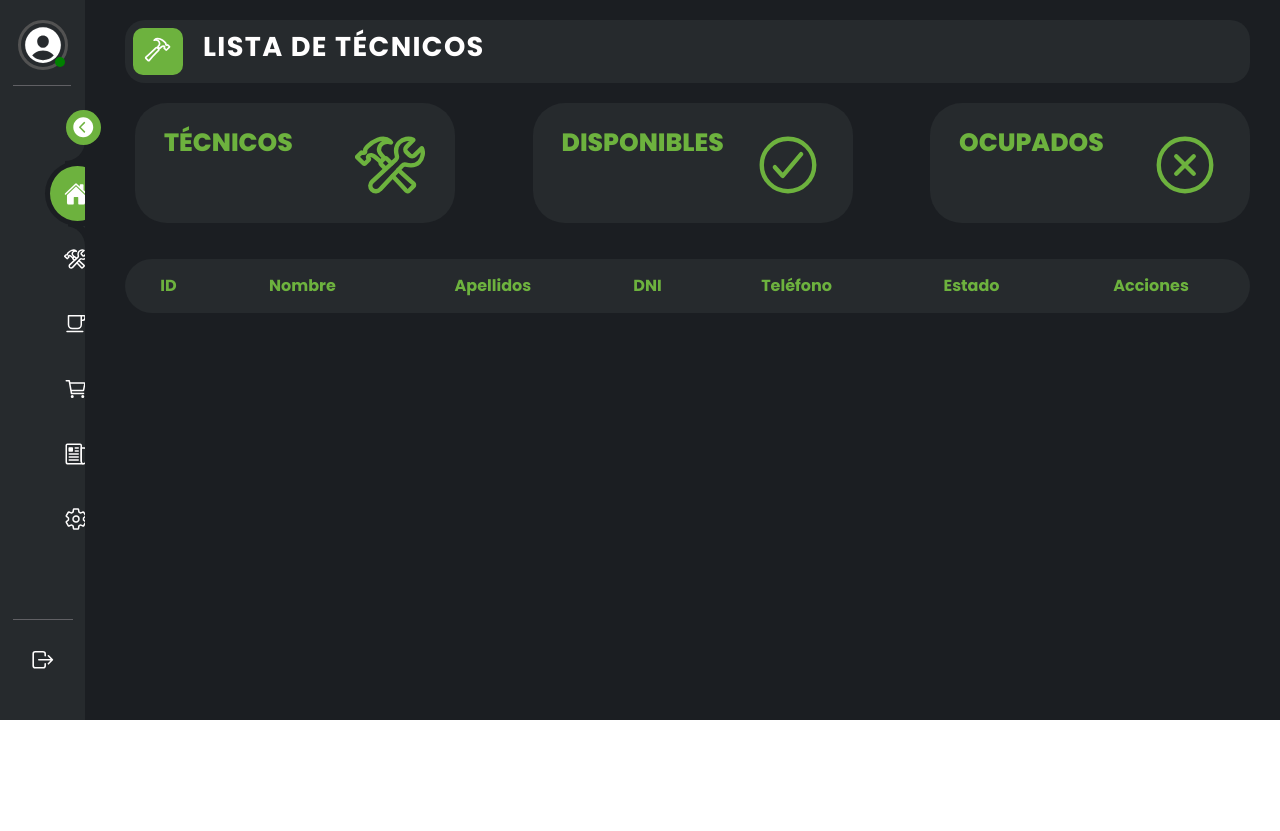
Repository: luisfelipe2023/warmisitAI
Page: http://localhost/tecnicos-lista
These files come from the project's save history. The page is drawn as it stood at one moment and after the next save; the edit follows.
The browser window is 1280 px wide. The pictures show the whole page.
The page is this project's Thymeleaf template; nobody is signed in. The template is opened directly, without the code that normally fills it, so the values that code supplies are empty.

Above is the page before, as saved 2023-11-18 00:29:47.

After the next save:
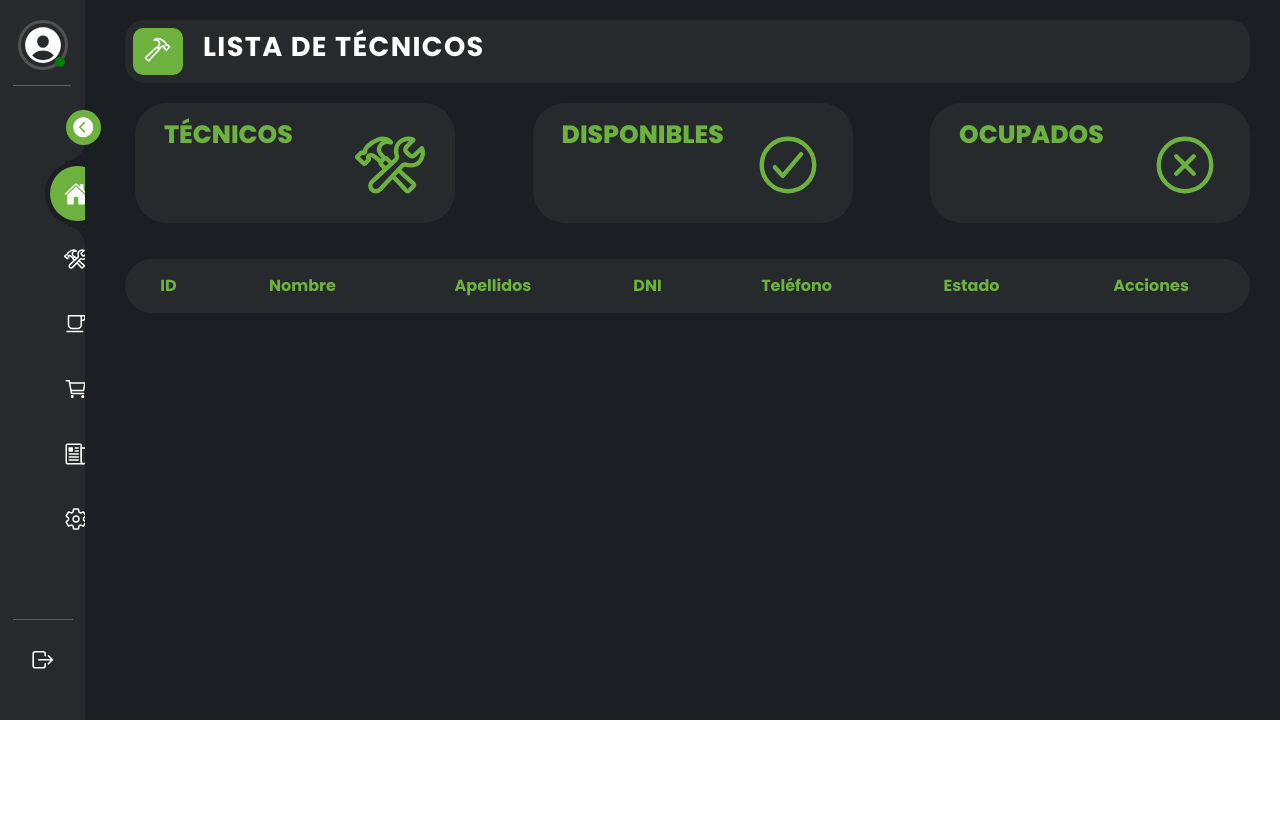
Saved 100 s later.
--- a/warmisitAI/src/main/resources/static/css/estilos.css
+++ b/warmisitAI/src/main/resources/static/css/estilos.css
@@ -398,7 +398,7 @@ a{
       text-transform: uppercase;
       color:var(--green);
       display: block;
-      margin-top: 10px;
+      margin-top: 2px;
 }
 
 .box ion-icon{
